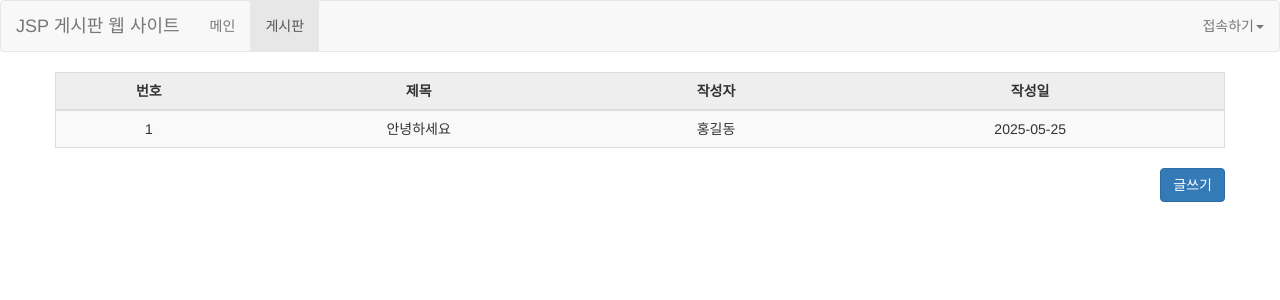
Repository: kimdy108/jsp-bbs
Page: http://localhost/BBS/write.jsp
The author's editor kept a copy of each file at every save. The page is drawn from the files as they stood at one save, then again after the next save.
The browser window is 1280 px wide. The pictures show the whole page.
Some web libraries are served in a nearby version. The page is served by Tomcat 9.

Above is the page before, as saved 2025-05-25 05:23:29.

After the next save:
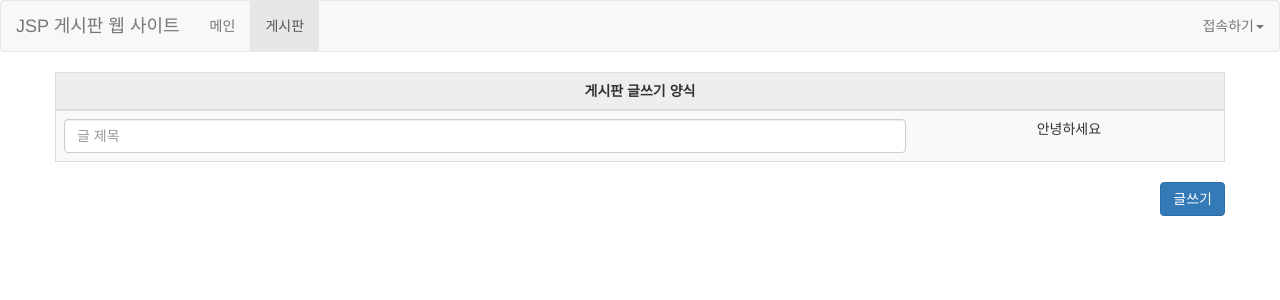
Saved 3 min 37 s later.
--- a/BBS/src/main/webapp/write.jsp
+++ b/BBS/src/main/webapp/write.jsp
@@ -76,18 +76,13 @@
 			<table class="table table-striped" style="text-align: center; border: 1px solid #dddddd">
 				<thead>
 					<tr>
-						<th style="background-color: #eeeeee; text-align: center;">번호</th>
-						<th style="background-color: #eeeeee; text-align: center;">제목</th>
-						<th style="background-color: #eeeeee; text-align: center;">작성자</th>
-						<th style="background-color: #eeeeee; text-align: center;">작성일</th>
+						<th colspan="2" style="background-color: #eeeeee; text-align: center;">게시판 글쓰기 양식</th>
 					</tr>
 				</thead>
 				<tbody>
 					<tr>
-						<td>1</td>
+						<td><input type="text" class="form-control" placeholder="글 제목" name="bbsTitle" maxlength="50"></td>
 						<td>안녕하세요</td>
-						<td>홍길동</td>
-						<td>2025-05-25</td>
 					</tr>
 				</tbody>
 			</table>
